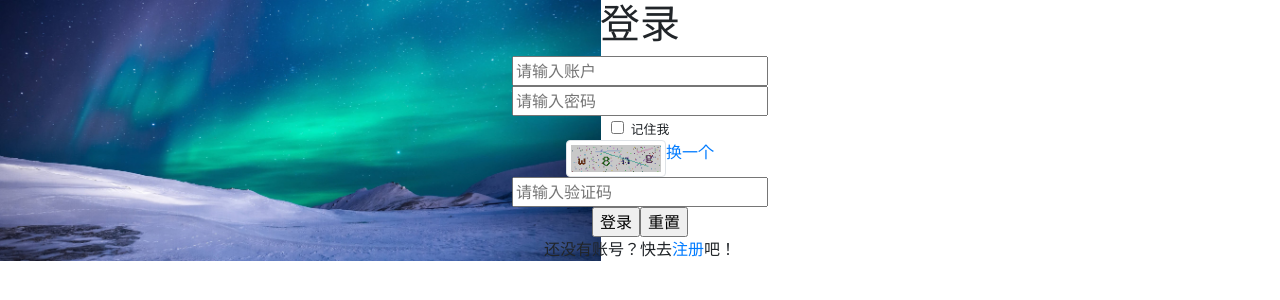
Repository: DHUAVH/Blog
Page: http://localhost/login.php
The author's editor kept a copy of each file at every save. The page is drawn from the files as they stood at one save, then again after a run of saves.
The browser window is 1280 px wide. The pictures show the whole page.
Some web libraries are served in a nearby version. The page is run by PHP 8.4 with error messages shown; the project is at /var/www/html/.

Above is the page before, as saved 2020-11-29 17:31:58.

### login.php
<!DOCTYPE html>
<html lang="en">
<head>
    <meta charset="UTF-8">
    <meta name="viewport" content="width=device-width, initial-scale=1.0">
    <link rel="stylesheet" href="https://cdn.staticfile.org/twitter-bootstrap/4.3.1/css/bootstrap.min.css">
    <script src="https://cdn.staticfile.org/jquery/3.2.1/jquery.min.js"></script>
    <script src="https://cdn.staticfile.org/popper.js/1.15.0/umd/popper.min.js"></script>
    <script src="https://cdn.staticfile.org/twitter-bootstrap/4.3.1/js/bootstrap.min.js"></script>
    <title>登陆界面</title>

    <style>
        body{
            background:url(images/bg.jpg);
            background-size:contain;
            background-repeat: no-repeat;
        }
    </style>
</head>

<body>
    <div class="container">
        <h1 class="text-center">登录</h1>
        <div class="row">
            <div class="col-sm-4 offset-sm-4">    <!--使用网格系统和偏移量设置居中-->
                <form role="form" action="loginAction.php" method="POST">
                    <div class="text-center">
                        <input id="ID" type="text" name="username"
                            value="<?php echo isset($_COOKIE['username']) ? $_COOKIE['username'] : "";?>"  placeholder="请输入账户" required>
                    </div>

                    <div class="text-center">
                        <input type="password" id="lastname" name="password" placeholder="请输入密码" required>
                    </div>

                    <div class="form-check text-center">
                        <label class="form-check-label">
                            <input class="form-check-input" type="checkbox"><small>记住我</small>
                        </label>
                    </div>

                    <span colspan="2" class="text-center" style="color:red;font-size:10px;"></span>
                    <?php
                        $err = isset($_GET["err"]) ? $_GET["err"] : "";
                        switch($err){
                            case 1:
                                // 可取消的警告框
                                echo "<div class='alert alert-danger alert-dismissible fade show' role='alert'>";
                                echo "<strong>用户名或密码错误!请检查用户名或重新输入密码！</strong>";
                                echo "<button type=button' class='close' data-dismiss='alert' aria-label='Close'>";
                                echo "<span aria-hidden='true'>&times;</span>";
                                echo "</button>";
                            break;

                            case 2:
                                // 可取消的警告框
                                echo "<div class='alert alert-waring alert-dismissible fade show' role='alert'>";
                                echo "<strong>警告!用户名和密码不能为空！</strong>";
                                echo "<button type=button' class='close' data-dismiss='alert' aria-label='Close'>";
                                echo "<span aria-hidden='true'>&times;</span>";
                                echo "</button>";
                            break;

                            case 3:
                                // 可取消的警告框
                                echo "<div class='alert alert-danger alert-dismissible fade show' role='alert'>";
                                echo "<strong>验证码错误!请重新输入验证码！</strong>";
                                echo "<button type=button' class='close' data-dismiss='alert' aria-label='Close'>";
                                echo "<span aria-hidden='true'>&times;</span>";
                                echo "</button>";
                            break;
                        }
                    ?>

                    <div class="d-flex justify-content-center">
                        <img id="captcha" src="captcha.php?r=<?php echo rand();?>" width="100" class="img-thumbnail">
                        <a href="javascript:void(0)" onclick="document.getElementById('captcha').src='captcha.php?r='+Math.random()">换一个</a>
                    </div>

                    <div class="text-center">
                        <input type="text" name="authcode" placeholder="请输入验证码" required>
                    </div>

                    <div class="d-flex justify-content-center">
                        <input type="submit" name="login" value="登录">
                        <input type="reset" name="reset" value="重置">
                    </div>

                    <div class="text-center">
                        <span colspan="2" >还没有账号？快去<a href="register.php">注册</a>吧！</span>
                    </div>
                </form>
            </div>
        </div>
    </div>
</body>
</html>

### captcha.php
<?php
  session_start();

  $image = imagecreatetruecolor(100,30);
  $bgcolor = imagecolorallocate($image,200,200,200);
  imagefill($image,0,0,$bgcolor);

  //验证码内容
  $captcha_code = '';
  for($i=0;$i<4;$i++){
      $fontsize = 5;
      $x = ($i*100 / 4) + rand(5,10);
      $y = rand(5,10);
      $data = 'abcdefghkmnprstuvwx345678';
      $str = $data[rand(0,strlen($data))];
      $captcha_code .= $str;
      $fontcolor = imagecolorallocate($image,rand(0,120),rand(0,120),rand(0,120));
      imagestring($image,$fontsize,$x,$y,$str,$fontcolor);
  }

  $_SESSION['authcode'] = $captcha_code;

  //增加点干扰元素
  for($i=0;$i<200;$i++){
      $pointcolor = imagecolorallocate($image,rand(50,200),rand(50,200),rand(50,200));
      imagesetpixel($image,rand(1,99),rand(1,29),$pointcolor);
  }

  //增加线干扰元素
  for($i=0;$i<4;$i++){
      $linecolor = imagecolorallocate($image,rand(80,220),rand(80,220),rand(80,220));
      imageline($image,rand(1,99),rand(1,29),rand(1,99),rand(1,29),$linecolor);
  }


  header('content-type:image/png');    //输出图片的信息
  imagepng($image);   //输出图片

  imagedestroy($image);
?>

After the next 2 saves:
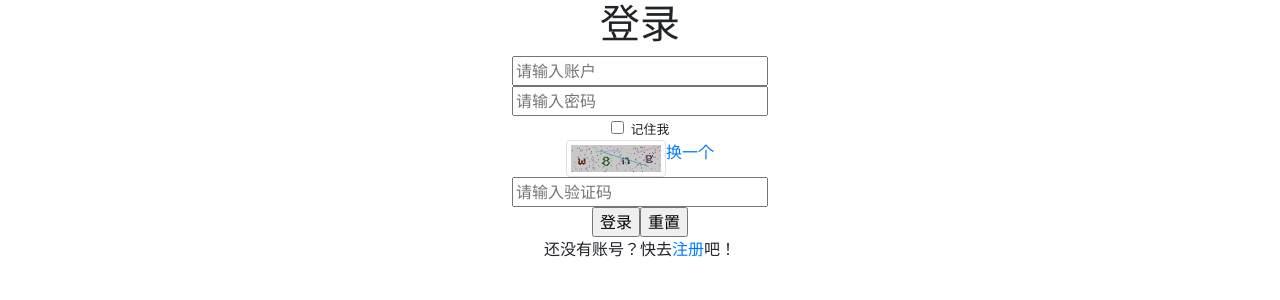
The 2 saves are shown as one change because they came seconds apart.
The last was saved 8 s later.
--- a/login.php
+++ b/login.php
@@ -9,13 +9,6 @@
     <script src="https://cdn.staticfile.org/twitter-bootstrap/4.3.1/js/bootstrap.min.js"></script>
     <title>登陆界面</title>
 
-    <style>
-        body{
-            background:url(images/bg.jpg);
-            background-size:contain;
-            background-repeat: no-repeat;
-        }
-    </style>
 </head>
 
 <body>
